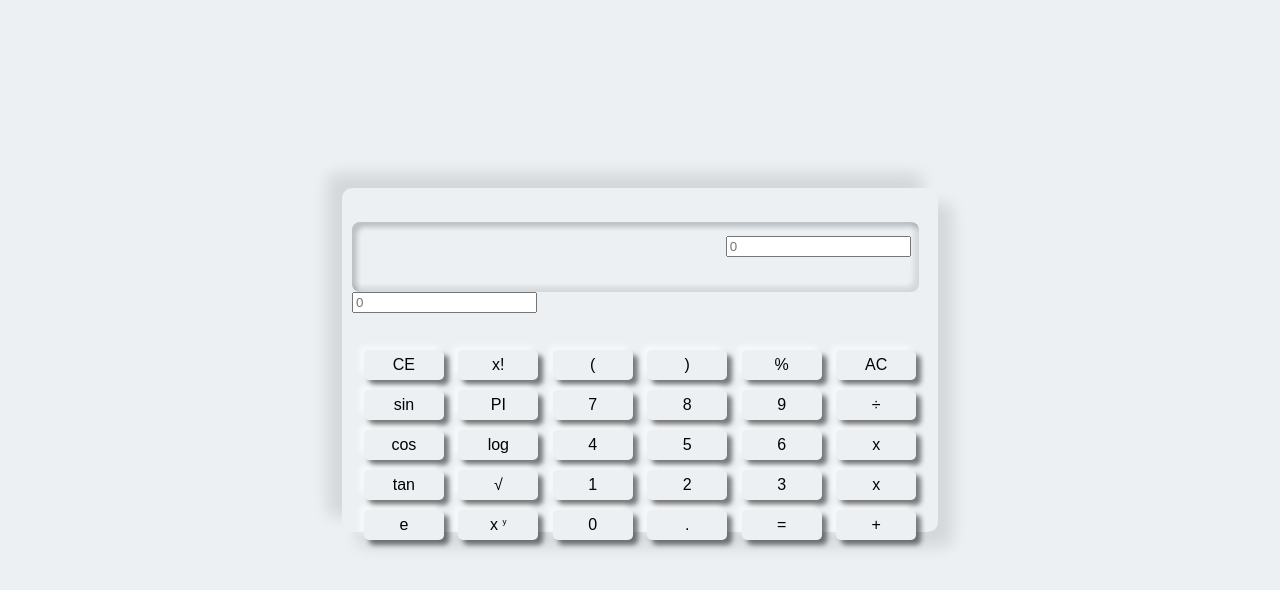
Repository: Haakim19/Scientific-Calculator
Page: intex.html
An editor plug-in stored every save of this project. The page is shown before and after the next save, followed by the edit.
The browser window is 1280 px wide. The pictures show the whole page.

Above is the page before, as saved 2024-10-27 12:21:08.

After the next save:
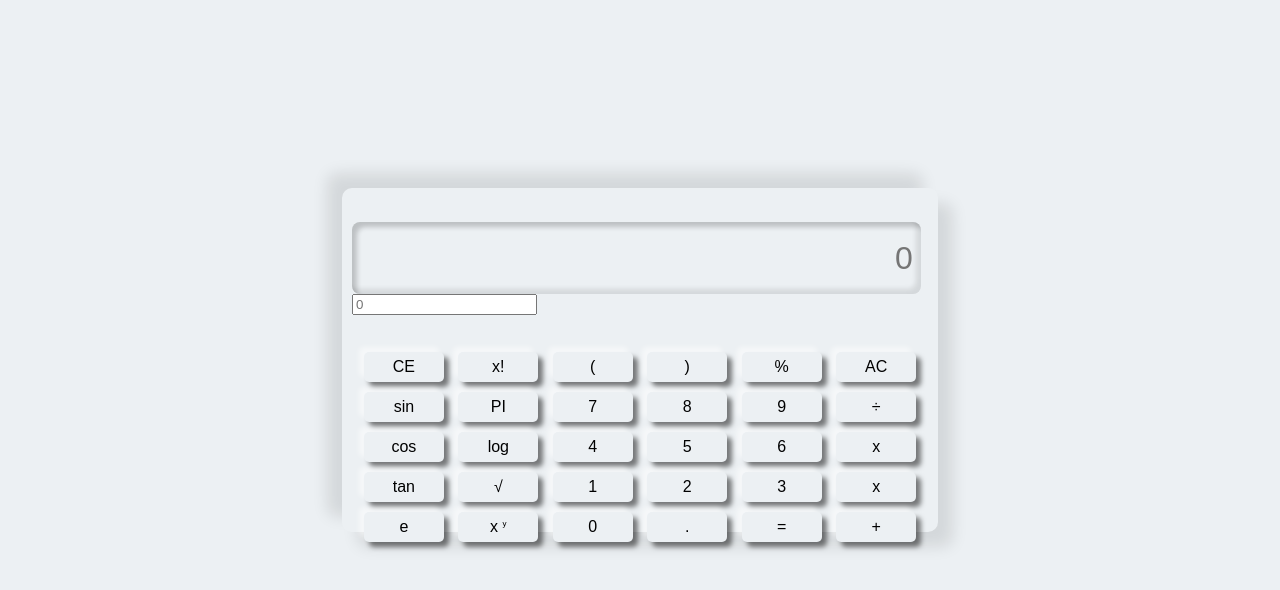
Saved 8 s later.
--- a/Style.css
+++ b/Style.css
@@ -18,7 +18,7 @@ body{
     box-shadow: 15px 15px 15px rgba(0, 0, 0, 0.1),
                 -15px -15px 15px rgba(0, 0, 0, 0.1);
 }
-.display .display1{
+.display .display1 #screen{
     width: 97%;
     height: 70px;
     border: none;
